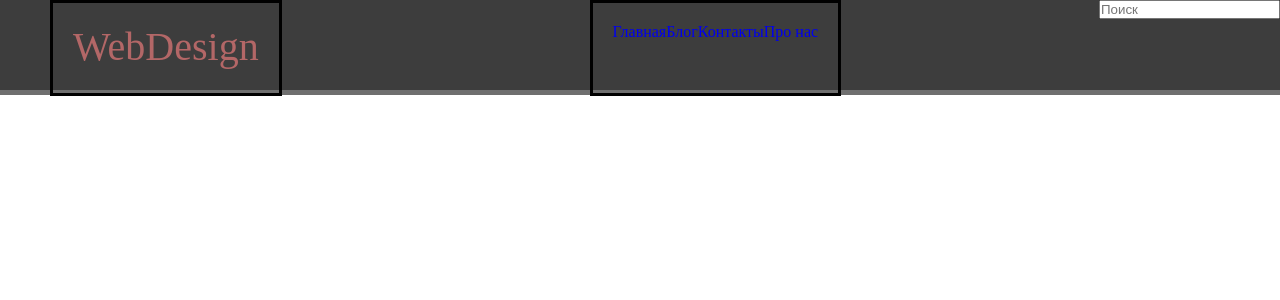
Repository: andbaik/Itprog
Page: index.htm
The author's editor kept a copy of each file at every save. The page is drawn from the files as they stood at one save, then again after the next save.
The browser window is 1280 px wide. The pictures show the whole page.

Above is the page before, as saved 2021-01-19 16:23:27.

After the next save:
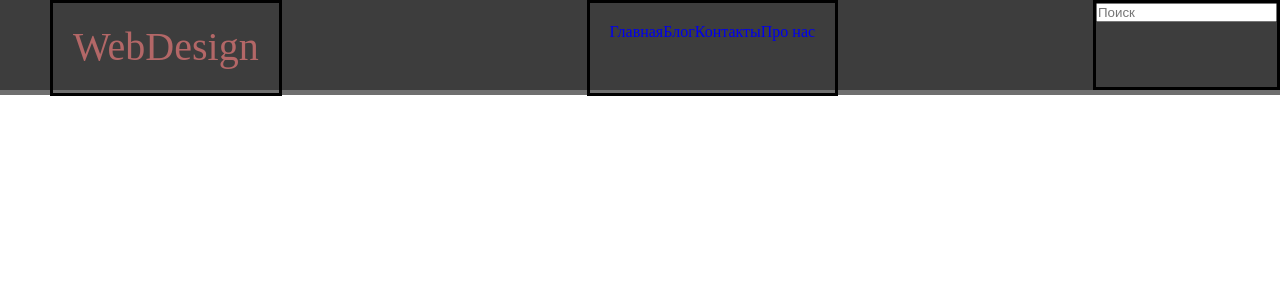
Saved 6 s later.
--- a/css/style.css
+++ b/css/style.css
@@ -48,5 +48,5 @@ a {
 }
 
 .search {
-
+    border: 3px solid black;
 }
